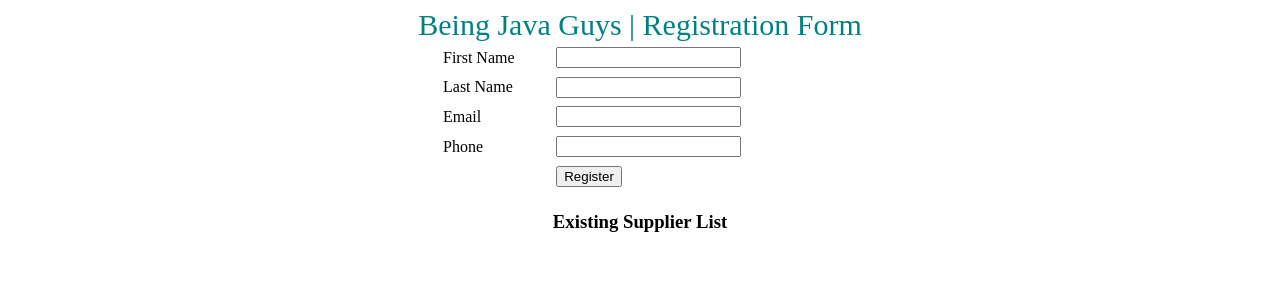
Repository: KaustubhKamat/ShoppingCartProject
Page: http://localhost/NewShoppingCart/WEB-INF/views/DeleteSupplier.jsp
An editor plug-in stored every save of this project. The page is shown before and after the next save, followed by the edit.
The browser window is 1280 px wide. The pictures show the whole page.
The page is served by Tomcat 9. Nobody is signed in. Other server files are loaded and not shown. The template is opened directly, without the code that normally fills it, so the values that code supplies are empty.

Above is the page before, as saved 2017-01-17 06:32:25.

### NewShoppingCart/src/main/webapp/WEB-INF/views/DeleteSupplier.jsp
<%@ page language="java" contentType="text/html; charset=UTF-8"
 pageEncoding="UTF-8"%>
<%@ taglib uri="http://www.springframework.org/tags/form" prefix="form"%>
<%@ taglib uri="http://java.sun.com/jsp/jstl/core" prefix="c"%>
<!DOCTYPE html PUBLIC "-//W3C//DTD HTML 4.01 Transitional//EN" "http://www.w3.org/TR/html4/loose.dtd">
<html>
<head>
<meta http-equiv="Content-Type" content="text/html; charset=UTF-8">
<title>Being Java Guys | Registration Form</title>
</head>
<body>
 <center>

  <div style="color: teal; font-size: 30px">Being Java Guys |
   Registration Form</div>

  <c:url var="deleteSupplier" value="DeleteSupplier" />
  <form:form modelAttribute="supplier" method="post" action="${deleteSupplier}">
   <table width="400px" height="150px">
    <tr>
     <td><form:label path="firstName">First Name</form:label>
     </td>
     <td><form:input path="firstName" />
     </td>
    </tr>
    <tr>
     <td><form:label path="lastName">Last Name</form:label>
     </td>
     <td><form:input path="lastName" />
     </td>
    </tr>
    <tr>
     <td><form:label path="email">Email</form:label>
     </td>
     <td><form:input path="email" />
     </td>
    </tr>
    <tr>
     <td><form:label path="phone">Phone</form:label>
     </td>
     <td><form:input path="phone" />
     </td>
    </tr>
    <tr>
     <td></td>
     <td><input type="submit" value="Register" /></td>
    </tr>
   </table>
  </form:form>


<div class="col-sm-offset-4 col-sm-35">
<h3>Existing Supplier List</h3>
</div>
<div class="col-sm-offset-2 col-sm-20">
	<c:if test="${!empty supplierList}">
		<table class="tg">
			<tr>
				<th width="150">Supplier ID</th>
				<th width="150">Supplier Name</th>
				<th width="200">Supplier Address</th>
				<th width="100">Edit</th>
				<th width="150">Delete</th>
			</tr>
			</div>
			<c:forEach items="${supplierList}" var="supplier">
				<tr>
					<td>${supplier.id}</td>
					<td>${supplier.name}</td>
					<td>${supplier.address}</td>
					<td><a href="<c:url value='/manage_category_edit/${supplier.id}'/>">Edit</a></td>

					<td><a href="<c:url value='/manage_category_remove/${supplier.id}' />">Delete</a></td>
				</tr>
			</c:forEach>
		</table>
	</c:if>
</body>
</html>

After the next save:
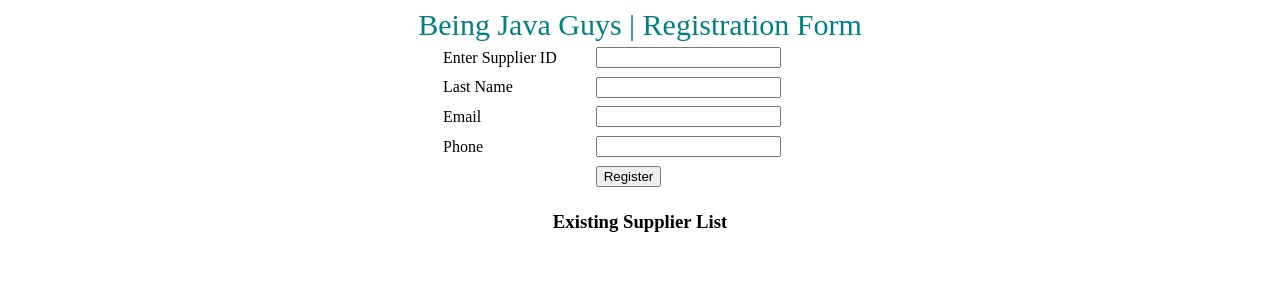
Saved 46 s later.
--- a/NewShoppingCart/src/main/webapp/WEB-INF/views/DeleteSupplier.jsp
+++ b/NewShoppingCart/src/main/webapp/WEB-INF/views/DeleteSupplier.jsp
@@ -18,9 +18,9 @@
   <form:form modelAttribute="supplier" method="post" action="${deleteSupplier}">
    <table width="400px" height="150px">
     <tr>
-     <td><form:label path="firstName">First Name</form:label>
+     <td><form:label path="supplier_id ">Enter Supplier ID</form:label>
      </td>
-     <td><form:input path="firstName" />
+     <td><form:input path="supplier_id" />
      </td>
     </tr>
     <tr>
